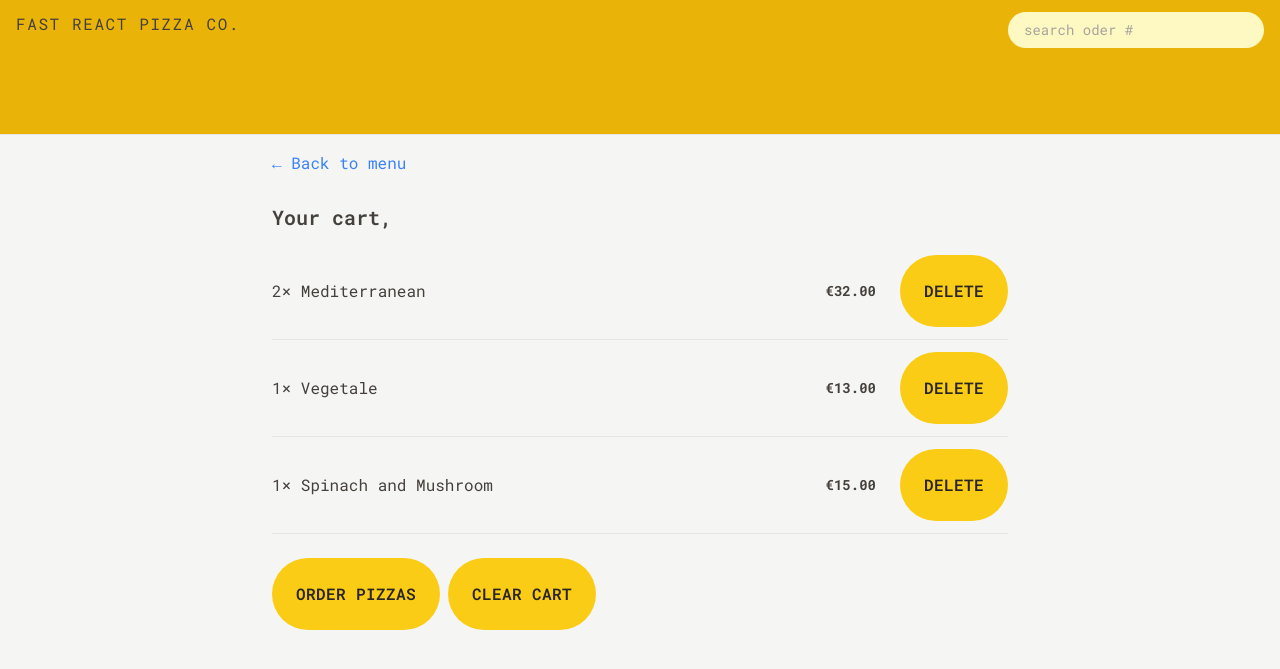
Repository: ayakhaled0001/pizza-delivery
Page: /cart
The author's editor kept a copy of each file at every save. The page is drawn from the files as they stood at one save, then again after the next save.
The browser window is 1280 px wide. The pictures show the whole page.
The project was rebuilt for these pictures with package versions that can differ from the ones it lists, and the page was loaded fresh each time. Also part of the build but not shown: vite.config.js, src/features/user/UserName.jsx, src/features/user/CreateUser.jsx, src/ui/Home.jsx, src/services/apiRestaurant.jsx, src/features/menu/MenuItem.jsx, src/features/menu/Menu.jsx, src/features/order/OrderItem.jsx and 4 more. Imported but missing from the stored project, and not drawn on this page: src/features/order/CreateOrder.

Above is the page before, as saved 2025-05-08 22:31:27.

### index.html
<!DOCTYPE html>
<html lang="en">
  <head>
    <meta charset="UTF-8" />
    <link rel="icon" type="image/svg+xml" href="/vite.svg" />
    <meta name="viewport" content="width=device-width, initial-scale=1.0" />
    <link rel="preconnect" href="https://fonts.googleapis.com" />
    <link rel="preconnect" href="https://fonts.gstatic.com" crossorigin />
    <link
      href="https://fonts.googleapis.com/css2?family=Roboto+Mono:ital,wght@0,100..700;1,100..700&display=swap"
      rel="stylesheet" />
    <title>fast react pizza</title>
  </head>
  <body class="bg-stone-100 text-stone-700">
    <div id="root"></div>
    <script type="module" src="/src/main.jsx"></script>
  </body>
</html>

### src/main.jsx
import { StrictMode } from "react";
import { createRoot } from "react-dom/client";
import App from "./App.jsx";
import "./index.css";
import { Provider } from "react-redux";
import store from "./store.js";

createRoot(document.getElementById("root")).render(
  <StrictMode>
    <Provider store={store}>
      <App />
    </Provider>
  </StrictMode>
);

### src/App.jsx
import { createBrowserRouter, RouterProvider } from "react-router-dom";
import Home from "./ui/Home";
import Menu, { loader as menuLoader } from "./features/menu/Menu";
import Cart from "./features/cart/Cart";
import CreateOrder, {
  action as CreateOrderAction,
} from "./features/order/CreateOrder";
import Order, { loader as orderLoader } from "./features/order/Order";
import AppLayout from "./ui/AppLayout";
import Error from "./ui/Error";
const router = createBrowserRouter([
  {
    element: <AppLayout />,
    children: [
      { path: "/", element: <Home /> },
      {
        path: "/menu",
        element: <Menu />,
        loader: menuLoader,
        errorElement: <Error />,
      },
      { path: "/cart", element: <Cart /> },
      {
        path: "/order/new",
        element: <CreateOrder />,
        action: CreateOrderAction,
      },
      {
        path: "/order/:orderId",
        element: <Order />,
        loader: orderLoader,
        errorElement: <Error />,
      },
    ],
  },
]);
function App() {
  return <RouterProvider router={router} />;
}

export default App;

### src/index.css
@tailwind base;
@tailwind components;
@tailwind utilities;

@layer components {
  .input {
    @apply rounded-full border
    border-stone-200
    px-4 py-2 text-sm transition-all
    duration-300 focus:outline-none
    focus:ring focus:ring-yellow-400
    md:px-5;
  }

  .loader {
    width: 45px;
    aspect-ratio: 0.75;
    --c: no-repeat linear-gradient(theme(colors.stone.700) 0 0);
    background: var(--c) 0% 50%, var(--c) 50% 50%, var(--c) 100% 50%;
    background-size: 20% 50%;
    animation: loading 1s infinite linear;
  }

  @keyframes loading {
    20% {
      background-position: 0% 0%, 50% 50%, 100% 50%;
    }
    40% {
      background-position: 0% 100%, 50% 0%, 100% 50%;
    }
    60% {
      background-position: 0% 50%, 50% 100%, 100% 0%;
    }
    80% {
      background-position: 0% 50%, 50% 50%, 100% 100%;
    }
  }
}

/* body {
  font-family: system-ui, -apple-system, BlinkMacSystemFont, "Segoe UI", Roboto,
    Oxygen, Ubuntu, Cantarell, "Open Sans", "Helvetica Neue", sans-serif;
  background-color: #f7f7f7;
  color: #444;
}

.layout {
  display: grid;
  grid-template-rows: auto 1fr auto;
  gap: 32px;
  height: 100dvh;
} */

/* https://dev.to/afif/i-made-100-css-loaders-for-your-next-project-4eje */

### src/store.js
import { configureStore } from "@reduxjs/toolkit";

import userReducer from "./features/user/userSlice";
import cartReducer from "./features/cart/cartSlice";
const store = configureStore({
  reducer: {
    user: userReducer,
    cart: cartReducer,
  },
});

export default store;

### src/features/cart/Cart.jsx
import { Link } from "react-router-dom";
import LinkButton from "../../ui/LinkButton";
import Button from "../../ui/Button";
import CartItem from "./CartItem";
import { useSelector } from "react-redux";

const fakeCart = [
  {
    pizzaId: 12,
    name: "Mediterranean",
    quantity: 2,
    unitPrice: 16,
    totalPrice: 32,
  },
  {
    pizzaId: 6,
    name: "Vegetale",
    quantity: 1,
    unitPrice: 13,
    totalPrice: 13,
  },
  {
    pizzaId: 11,
    name: "Spinach and Mushroom",
    quantity: 1,
    unitPrice: 15,
    totalPrice: 15,
  },
];

function Cart() {
  const username = useSelector((state) => state.user.username);
  const cart = fakeCart;

  return (
    <div className="px-4 py-4">
      <LinkButton to="/menu">&larr; Back to menu</LinkButton>

      <h2 className="mt-7 text-xl font-semibold">Your cart,{username}</h2>
      <ul className="divide-y divide-stone-200 border-b mt-3 ">
        {cart.map((item) => (
          <CartItem key={item.key} item={item} />
        ))}
      </ul>
      <div className="mt-6 space-x-2">
        <Button to="/order/new">Order pizzas</Button>
        {/* <Link>Order pizzas</Link> */}
        <Button>Clear cart</Button>
      </div>
    </div>
  );
}

export default Cart;

### src/ui/AppLayout.jsx
import Header from "./Header";
import CartOverview from "../features/cart/CartOverview";
import { Outlet, useNavigation } from "react-router-dom";
import Loader from "./Loader";

function AppLayout() {
  const navigation = useNavigation();
  const isLoading = navigation.state === "loading";
  console.log(navigation.state);
  return (
    <div className="grid h-screen grid-row-[auto_1fr_auto]">
      {isLoading && <Loader />}

      <Header />
      <div className="">
        <main className="max-w-3xl mx-auto">
          <Outlet />
        </main>
      </div>
      <CartOverview />
    </div>
  );
}

export default AppLayout;

### src/features/user/userSlice.js
// function getPosition() {
//   return new Promise(function (resolve, reject) {
//     navigator.geolocation.getCurrentPosition(resolve, reject);
//   });
// }

import { createSlice } from "@reduxjs/toolkit";

// async function fetchAddress() {
//   // 1) We get the user's geolocation position
//   const positionObj = await getPosition();
//   const position = {
//     latitude: positionObj.coords.latitude,
//     longitude: positionObj.coords.longitude,
//   };

//   // 2) Then we use a reverse geocoding API to get a description of the user's address, so we can display it the order form, so that the user can correct it if wrong
//   const addressObj = await getAddress(position);
//   const address = `${addressObj?.locality}, ${addressObj?.city} ${addressObj?.postcode}, ${addressObj?.countryName}`;

//   // 3) Then we return an object with the data that we are interested in
//   return { position, address };
// }

const initialState = {
  username: "",
};

const userSlice = createSlice({
  name: "user",
  initialState,
  reducers: {
    updateName(state, action) {
      state.username = action.payload;
    },
  },
});

export const { updateName } = userSlice.actions;

export default userSlice.reducer;

### src/features/cart/cartSlice.js
import { createSlice } from "@reduxjs/toolkit";

const initialState = {
  cart: [],
};

const cartSlice = createSlice({
  name: "cart",
  initialState,
  reducers: {
    addItem(state, action) {
      // payload :newitem
      state.cart.push(action.payload);
    },
    deleteItem(state, action) {
      //payload id of the pizza item
      state.cart = state.cart.filter((item) => item.pizzaId !== action.payload);
    },
    increaseItemQuantity(state, action) {
      // payload = id
      const item = state.cart.find((item) => item.pizzaId === action.payload);
      item.quantity++;
      item.totalPrice = item.quantity * item.unitPrice;
    },
    decreaseItemQuantity(state, action) {
      // payload = id
      const item = state.cart.find((item) => item.pizzaId === action.payload);
      item.quantity--;
      item.totalPrice = item.quantity * item.unitPrice;
    },
    clearCart(state) {
      state.cart = [];
    },
  },
});

export const {
  addItem,
  deleteItem,
  increaseItemQuantity,
  decreaseItemQuantity,
  clearCart,
} = cartSlice.actions;

export default cartSlice.reducer;
export const getTotalCartQuantity = (state) =>
  state.cart.cart.reduce((sum, item) => sum + item.quantity, 0);

export const getTotalCartPrice = (state) =>
  state.cart.cart.reduce((sum, item) => sum + item.totalPrice, 0);

// reselect library to look into

### src/ui/Button.jsx
import { Link } from "react-router-dom";

function Button({ disabled, children, to, onClick }) {
  const className = `bg-yellow-400 uppercase font-semibold
    text-stone-800 py-3 px-4
     inline-block tracking-wide
     rounded-full hover:bg-yellow-300  transition-all duration-300
    focus:outline-none focus:ring focus:ring-yellow-300 focus:ring-offset-2
    disabled:cursor-not-allowed sm:px-6 sm:py-6`;
  if (to)
    return (
      <Link to={to} className={className}>
        {children}
      </Link>
    );
  if (onClick)
    return (
      <button onClick={onClick} disabled={disabled} className={className}>
        {children}
      </button>
    );
  return (
    <button disabled={disabled} className={className}>
      {children}
    </button>
  );
}

export default Button;

### src/ui/LinkButton.jsx
import { Link, useNavigate } from "react-router-dom";

function LinkButton({ children, to }) {
  const navigate = useNavigate();
  if (to === -1)
    return (
      <button
        onClick={() => navigate(-1)}
        className="tex-sm text-blue-500 hover:text-blue-700 hover:underline">
        {children}
      </button>
    );
  return (
    <Link
      to={to}
      className="tex-sm text-blue-500 hover:text-blue-700 hover:underline">
      {children}
    </Link>
  );
}

export default LinkButton;

### src/features/cart/CartItem.jsx
import Button from "../../ui/Button";
import { formatCurrency } from "../../utilities/helpers";

function CartItem({ item }) {
  const { pizzaId, name, quantity, totalPrice } = item;

  return (
    <li className="py-3 sm:flex sm:items-center sm:justify-between">
      <p className="mb-1 sm:mb-0">
        {quantity}&times; {name}
      </p>
      <div className="flex justify-between items-center sm:gap-6">
        <p className="text-sm font-bold">{formatCurrency(totalPrice)}</p>
        <Button>Delete</Button>
      </div>
    </li>
  );
}

export default CartItem;

### src/ui/Header.jsx
import { Link } from "react-router-dom";
import SearchOrder from "../features/order/SearchOrder.jsx";
import UserName from "../features/user/UserName.jsx";

function Header() {
  return (
    <header className=" flex justify-between bg-yellow-500 px-4 py-3 uppercase border-b border-stone-200">
      <Link to="/" className="tracking-widest">
        Fast React Pizza Co.
      </Link>
      <SearchOrder />
      <UserName />
    </header>
  );
}

export default Header;

### src/features/order/SearchOrder.jsx
import { useState } from "react";
import { useNavigate } from "react-router-dom";

function SearchOrder() {
  const [query, setQuery] = useState("");
  const navigate = useNavigate();
  function handleSubmit(e) {
    e.preventDefault();
    if (!query) return;
    navigate(`/order/${query}`);
    setQuery("");
  }
  return (
    <form onSubmit={handleSubmit}>
      <input
        placeholder="search oder #"
        value={query}
        onChange={(e) => setQuery(e.target.value)}
        className="duration-300 sm:w-64 focus:outline-none focus:ring
         focus:ring-yellow-500 focus:ring-opacity-50  sm:focus:w-72 transition-all w-28
         bg-yellow-100 rounded-full px-4 py-2 text-sm placeholder:text-stone-400"
      />
    </form>
  );
}

export default SearchOrder;

### tailwind.config.js
/** @type {import('tailwindcss').Config} */
export default {
  content: ["./index.html", "./src/**/*.{js,jsx,ts,tsx}"],
  theme: {
    fontFamily: {
      sans: "Roboto Mono , monospace",
    },
    extend: {
      fontSize: {
        huge: ["80rem", { lineHeight: "1" }],
      },
      height: {
        screen: "100dvh",
      },
    },
  },
  plugins: [],
};

Loaded but not shown: src/utilities/helpers.jsx (common file)

After the next save:
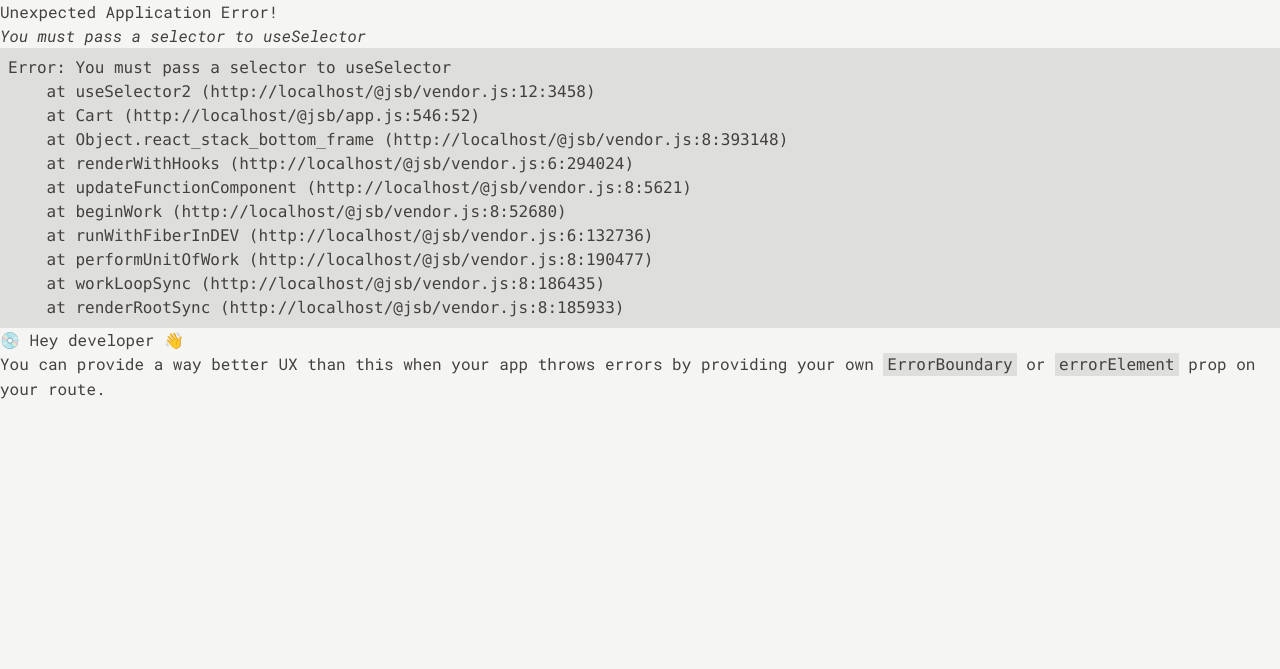
Saved 4 h 0 min later.
--- a/src/features/cart/Cart.jsx
+++ b/src/features/cart/Cart.jsx
@@ -30,7 +30,7 @@ const fakeCart = [
 
 function Cart() {
   const username = useSelector((state) => state.user.username);
-  const cart = fakeCart;
+  const cart = useSelector();
 
   return (
     <div className="px-4 py-4">
